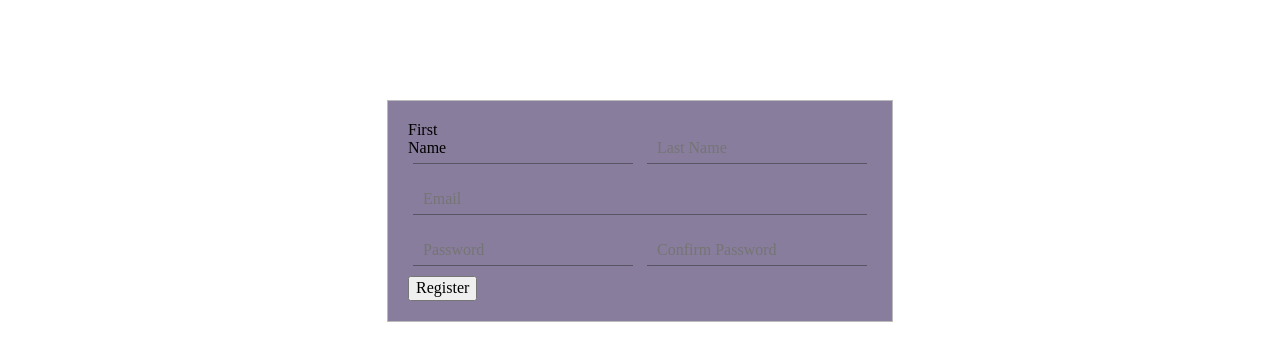
Repository: AMAmine89/vanilla-projects
Page: formo/index.html
An editor plug-in stored every save of this project. The page is shown before and after the next save, followed by the edit.
The browser window is 1280 px wide. The pictures show the whole page.

Above is the page before, as saved 2021-05-05 06:49:21.

After the next save:
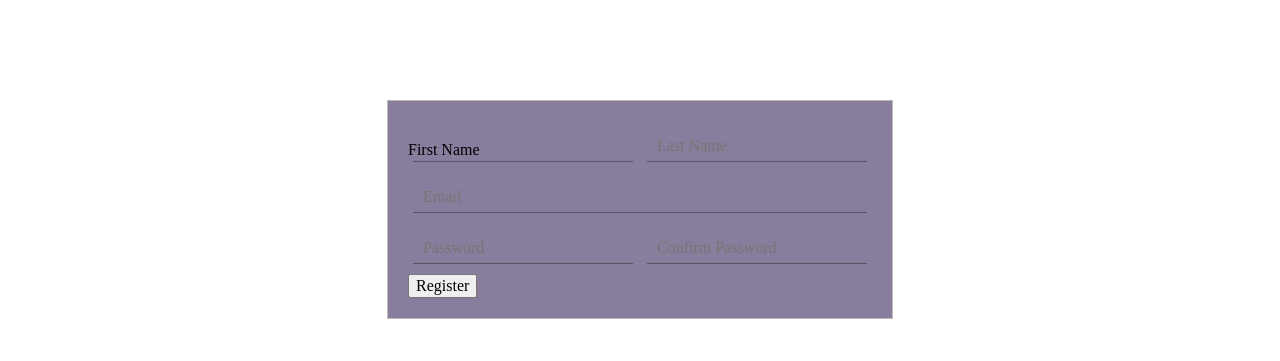
Saved 27 s later.
--- a/formo/style.css
+++ b/formo/style.css
@@ -58,8 +58,8 @@ input:not(input[type="submit"]):focus::after {
     content: 'First Name';
     cursor: text;
     display: inline-block;
+    position: absolute;
     top: 20px;
-    width: 0;
 }
 
 input[name="first-name"]:focus::before {
